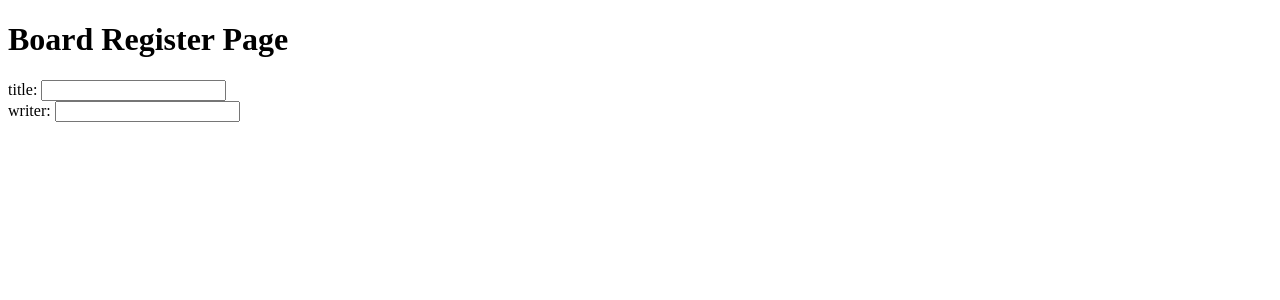
Repository: hwimi/2024-04-12-01
Page: http://localhost/jsp_study/board/register.jsp
These files come from the project's save history. The page is drawn as it stood at one moment and after the next save; the edit follows.
The browser window is 1280 px wide. The pictures show the whole page.
The page is served by Tomcat 9. Other server files are loaded and not shown.

Above is the page before, as saved 2024-04-12 02:33:53.

### jsp_study/src/main/webapp/board/register.jsp
<%@ page language="java" contentType="text/html; charset=UTF-8"
	pageEncoding="UTF-8"%>
<!DOCTYPE html>
<html>
<head>
<meta charset="UTF-8">
<title>Insert title here</title>
</head>
<body>
	<h1>Board Register Page</h1>
	<form action="/brd/insert" method="post">
	title: <input type="text" name="title"><br>
	writer: <input type="text" name="writer"><br>
	</form>
</body>
</html>

After the next save:
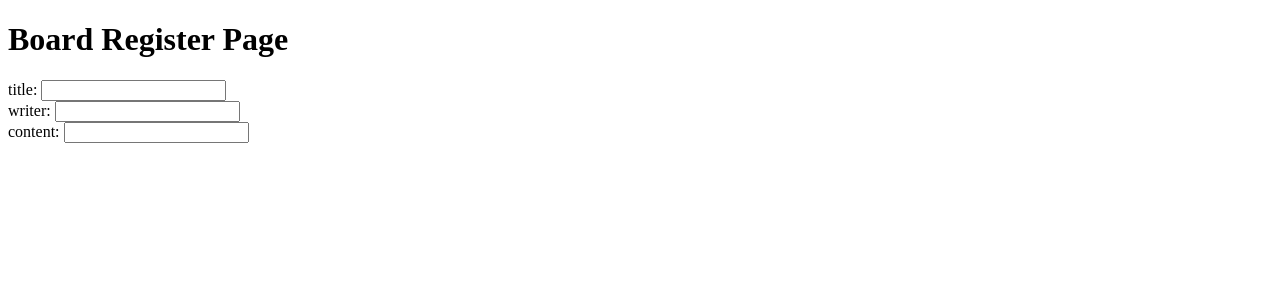
Saved 17 s later.
--- a/jsp_study/src/main/webapp/board/register.jsp
+++ b/jsp_study/src/main/webapp/board/register.jsp
@@ -11,6 +11,7 @@
 	<form action="/brd/insert" method="post">
 	title: <input type="text" name="title"><br>
 	writer: <input type="text" name="writer"><br>
+	content: <input type="text" name="writer"><br>
 	</form>
 </body>
 </html>
